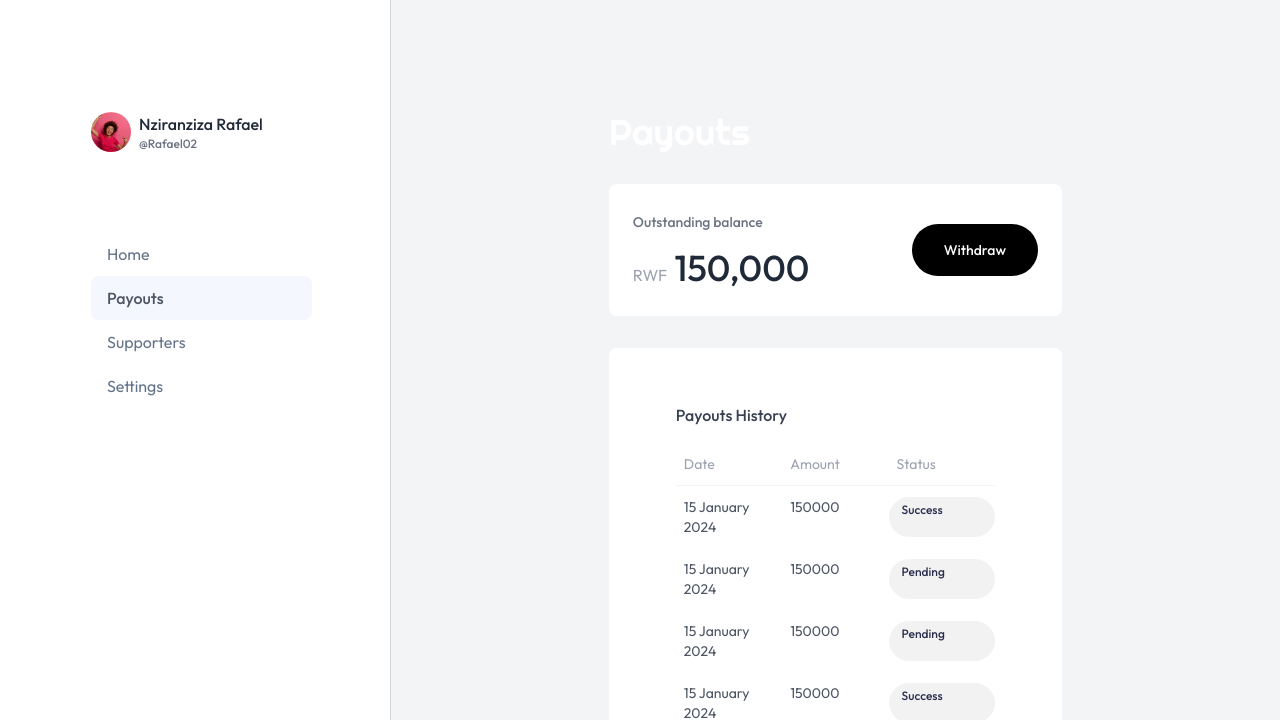
Repository: felixdusengimana/capstone-project-mirror
Page: /payouts (app in frontend/)
The author's editor kept a copy of each file at every save. The page is drawn from the files as they stood at one save, then again after the next save.
The browser window is 1280 px wide. The pictures show the whole page.
An inner scrolling area shows only its first screen. The project was rebuilt for these pictures with package versions that can differ from the ones it lists, and the page was loaded fresh each time. The framework's server and built-in components were replaced by stand-ins that run in the browser. Also part of the build but not shown: frontend/next.config.mjs, frontend/components/atoms/Icon.tsx.

Above is the page before, as saved 2024-03-11 16:59:13.

### frontend/app/layout.tsx
import type { Metadata } from "next";
import { Righteous, Outfit } from "next/font/google";
import "./globals.css";

const outfit = Outfit({ subsets: ["latin"], variable: "--font-outfit" });
const righteous = Righteous({
  subsets: ["latin"],
  variable: "--font-righteous",
  weight: "400",
});

export const metadata: Metadata = {
  title: "Pesatone - Search and gift your favorite creators",
  description:
    "A place where fans show gratitude to the African content creators they love!",
};

export default function RootLayout({
  children,
}: Readonly<{
  children: React.ReactNode;
}>) {
  return (
    <html lang="en">
      <body className={`${outfit.variable} ${righteous.variable} font-sans`}>
        {children}
      </body>
    </html>
  );
}

### frontend/app/(dashboard)/layout.tsx
import Sidebar from "@/components/organisms/Sidebar";
import { ReactNode } from "react";

export default function DashBoardLayout({ children }: { children: ReactNode }) {
  return (
    <div className="h-screen flex bg-white">
      <Sidebar />
      <div className="flex-grow bg-gray-100 overflow-auto pt-[112px]">
        {children}
      </div>
    </div>
  );
}

### frontend/app/(dashboard)/payouts/page.tsx
import Button from "@/components/atoms/Button";
import Headline from "@/components/atoms/Headline";
import Icon from "@/components/atoms/Icon";
import Pill from "@/components/atoms/Pill";
import React from "react";

export default function page() {
  const data = [
    {
      date: "15 January 2024",
      amount: 150000,
      status: "success",
    },
    {
      date: "15 January 2024",
      amount: 150000,
      status: "pending",
    },
    {
      date: "15 January 2024",
      amount: 150000,
      status: "pending",
    },
    {
      date: "15 January 2024",
      amount: 150000,
      status: "success",
    },
    {
      date: "15 January 2024",
      amount: 150000,
      status: "success",
    },
  ];
  return (
    <div className="min-h-full w-full px-[218px] text-black pb-10">
      <Headline className="text-gray-700 text-4xl">Payouts</Headline>

      <div className="w-full flex justify-between gap-10 items-center bg-white mt-8 px-6 py-7 rounded-lg">
        <div>
          <p className="text-gray-500 text-sm font-medium">
            Outstanding balance
          </p>
          <h3 className=" text-gray-800 font-medium text-4xl mt-4">
            <span className="font-normal text-base text-gray-400">RWF</span>{" "}
            150,000
          </h3>
        </div>
        <Button className="flex gap-0.5 items-center">
          <Icon name="cash-out" />
          <p className="font-medium text-sm text-white">Withdraw</p>
        </Button>
      </div>

      <div className="max-w-[900px] bg-white px-[67px] py-[55px] w-full rounded-lg mt-8">
        <p className="font-medium text-base text-gray-700 mb-4">
          Payouts History
        </p>
        <div className="grid grid-cols-3 border-b border-gray-100 py-[11px]">
          <p className="text-gray-400 text-sm font-normal pl-2">Date</p>
          <p className="text-gray-400 text-sm font-normal pl-2">Amount</p>
          <p className="text-gray-400 text-sm font-normal pl-2">Status</p>
        </div>
        {data.map((item, index) => (
          <div className="grid grid-cols-3 py-[11px]" key={index}>
            <p className="text-gray-600 font-normal text-sm pl-2">
              {item.date}
            </p>
            <p className="text-gray-600 font-normal text-sm pl-2">
              {item.amount}
            </p>
            <Pill
              variant={item.status == "success" ? "success" : "warning"}
              className="py-1 capitalize"
              bordered
            >
              {item.status}
            </Pill>
          </div>
        ))}
      </div>
    </div>
  );
}

### frontend/app/globals.css
@tailwind base;
@tailwind components;
@tailwind utilities;

:root {
  --bg: #141416;
  --bg-hover: #232326;
  --secondary-color: #17171A;
  --foreground-rgb: 0, 0, 0;
  --background-start-rgb: 214, 219, 220;
  --background-end-rgb: 255, 255, 255;
}

@media (prefers-color-scheme: dark) {
  :root {
    --foreground-rgb: 255, 255, 255;
    --background-start-rgb: 0, 0, 0;
    --background-end-rgb: 0, 0, 0;
  }
}

body {
  background: var(--bg);
  color: rgb(var(--foreground-rgb));
}

@layer utilities {
  .text-balance {
    text-wrap: balance;
  }
}

.page-padding {
  padding: 0 252px;
}

### frontend/components/organisms/Sidebar.tsx
"use client";
import { usePathname } from "next/navigation";
import { ComponentProps } from "react";
import Profile from "../molecules/Profile";
import Icon, { IconNames } from "../atoms/Icon";
import Link from "next/link";

interface SidebarProps extends ComponentProps<"div"> {}

export default function Sidebar({ className, ...props }: SidebarProps) {
  const pathname = usePathname();
  const links = [
    {
      label: "Home",
      icon: "dashboard",
      href: "/dashboard",
    },
    {
      label: "Payouts",
      icon: "payouts",
      href: "/payouts",
    },
    {
      label: "Supporters",
      icon: "flash",
      href: "/supporters",
    },
    {
      label: "Settings",
      icon: "settings",
      href: "/settings",
    },
  ] as { label: string; icon: IconNames; href: string }[];

  return (
    <div
      {...props}
      className={`w-[393px] pt-[112px] pl-[91px] pr-[78px] border-r border-gray-300 overflow-hidden ${className}`}
    >
      <Profile
        user={{
          name: "Nziranziza Rafael",
          photo: "/profiles/profile1.png",
          username: "Rafael02",
        }}
      />

      <div className="mt-20">
        {links.map((link) => (
          <Link
            key={link.href}
            href={link.href}
            className={`flex items-center gap-2 text-base py-2.5 px-4 rounded-lg ${
              pathname === link.href
                ? "bg-[#F5F7FF] text-gray-600 font-medium"
                : "text-[#64748A] font-normal"
            }`}
          >
            <Icon
              name={link.icon}
              fill={pathname === link.href ? "#4B5563" : "#6B7280"}
              stroke={pathname === link.href ? "#4B5563" : "#6B7280"}
            />
            <p>{link.label}</p>
          </Link>
        ))}
      </div>
    </div>
  );
}

### frontend/components/atoms/Button.tsx
import { ComponentProps } from "react";

interface ButtonProps extends ComponentProps<"button"> {
  variant?: "dark" | "white" | "blurred" | "secondary";
  size?: "sm" | "md" | "lg";
  bordered?: boolean;
}

export default function Button({ ...props }: ButtonProps) {
  const { variant = "dark", size = "md", bordered = false } = props;

  const variantClasses = {
    dark: "bg-black text-white",
    white: "bg-white text-black",
    secondary: "bg-secondary text-white",
    blurred: "bg-blurred text-white",
  };

  const sizeClasses = {
    sm: "px-2 py-1",
    md: "px-8 py-4",
    lg: "px-6 py-3",
  };

  const borderClasses = bordered ? "border border-black" : "";

  return (
    <button
      {...props}
      className={`text-xl font-normal rounded-full ${variantClasses[variant]} ${sizeClasses[size]} ${borderClasses} ${props.className}`}
    >
      {props.children}
    </button>
  );
}

### frontend/components/atoms/Headline.tsx
import { ComponentProps } from "react";

interface HeadlineProps extends ComponentProps<"h1"> {}

export default function Headline({ ...props }: HeadlineProps) {
  return (
    <div className={`font-mono text-white ${props.className}`}>
      {props.children}
    </div>
  );
}

### frontend/components/atoms/Pill.tsx
import { ComponentProps } from "react";

interface PillProps extends ComponentProps<"div"> {
  variant?: "primary" | "secondary" | "tertiary";
}
export default function Pill({ variant, ...rest }: PillProps) {
  return (
    <div
      {...rest}
      className={`px-3 py-1 rounded-full text-xs font-medium ${
        variant === "primary"
          ? "bg-[#F2F2F3] text-[#2A2F4E]"
          : variant === "secondary"
          ? "bg-[#2A2F4E] text-white"
          : "bg-[#F2F2F3] text-[#2A2F4E] border border-[#F2F2F3]"
      } ${rest.className}`}
    >
      {rest.children}
    </div>
  );
}

### frontend/components/molecules/Profile.tsx
import Avatar from "../atoms/Avatar";
import Icon from "../atoms/Icon";

interface ProfileProps {
  user: {
    name: string;
    username: string;
    photo: string;
  };
  verified?: boolean;
}
export default function Profile({ user, verified }: ProfileProps) {
  return (
    <div className="flex gap-2 items-start">
      <Avatar src={user.photo} alt={user.name} />
      <div className="font-medium">
        <h3 className="text-base text-gray-800">{user.name}</h3>
        <p className="text-xs text-gray-500">@{user.username}</p>
      </div>
      {verified && <Icon name="verified" />}
    </div>
  );
}

### frontend/components/atoms/Avatar.tsx
/* eslint-disable @next/next/no-img-element */
import { ComponentProps } from "react";
import Icon from "./Icon";

interface AvatarProps extends ComponentProps<"div"> {
  src: string;
  alt?: string;
  size?: "sm" | "md" | "lg" | "xl" | "2xl";
  circle?: boolean;
  bordered?: boolean;
  fallBackText?: string;
}
export default function Avatar({ ...props }: AvatarProps) {
  const {
    src,
    alt,
    size = "sm",
    circle = true,
    fallBackText,
    bordered,
    ...rest
  } = props;

  const sizeClasses = {
    sm: "w-10 h-10",
    md: "w-12 h-12",
    lg: "w-16 h-16",
    xl: "w-[150px] h-[150px]",
    "2xl": "w-[202px] h-[202px]",
  };

  return (
    <div
      {...rest}
      className={`${src ? "bg-transparent" : "bg-gray-100"} ${
        circle ? "rounded-full" : "rounded"
      } ${bordered ? "border-2 border-white" : ""} ${sizeClasses[size]} ${
        rest.className
      } flex items-center justify-center overflow-hidden`}
    >
      {src ? (
        <img
          src={src}
          alt={alt}
          className={`w-full ${sizeClasses[size]} object-cover`}
        />
      ) : fallBackText ? (
        fallBackText
      ) : (
        <Icon name="user" />
      )}
    </div>
  );
}

### frontend/tailwind.config.ts
import type { Config } from "tailwindcss";

const config: Config = {
  content: [
    "./pages/**/*.{js,ts,jsx,tsx,mdx}",
    "./components/**/*.{js,ts,jsx,tsx,mdx}",
    "./app/**/*.{js,ts,jsx,tsx,mdx}",
  ],
  theme: {
    extend: {
      // backgroundImage: {
      //   "gradient-radial": "radial-gradient(var(--tw-gradient-stops))",
      //   "gradient-conic":
      //     "conic-gradient(from 180deg at 50% 50%, var(--tw-gradient-stops))",
      // },
      fontFamily: {
        sans: ["var(--font-outfit)"],
        mono: ["var(--font-righteous)"],
      },
      colors: {
        secondary: "var(--secondary-color)",
      },
    },
  },
  plugins: [],
};
export default config;

After the next save:
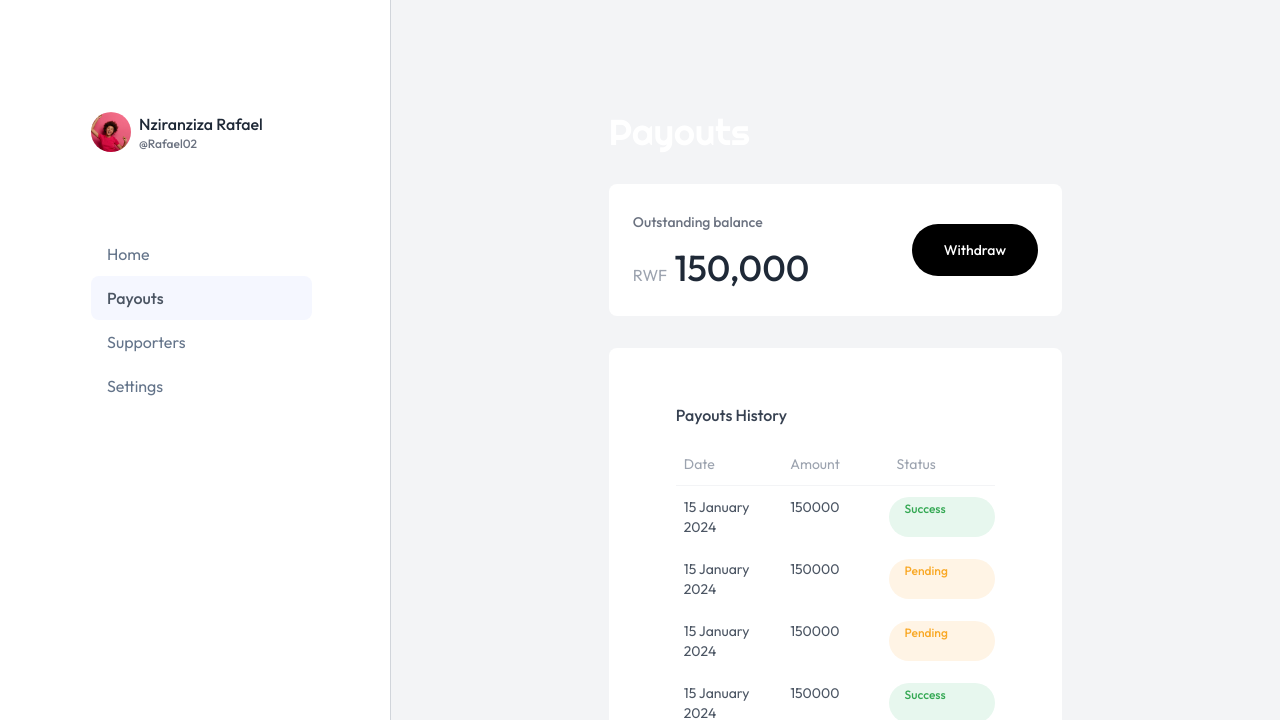
Saved 30 s later.
--- a/frontend/components/atoms/Pill.tsx
+++ b/frontend/components/atoms/Pill.tsx
@@ -1,18 +1,18 @@
 import { ComponentProps } from "react";
 
 interface PillProps extends ComponentProps<"div"> {
-  variant?: "primary" | "secondary" | "tertiary";
+  variant?: "success" | "warning" | "error";
 }
 export default function Pill({ variant, ...rest }: PillProps) {
   return (
     <div
       {...rest}
-      className={`px-3 py-1 rounded-full text-xs font-medium ${
-        variant === "primary"
-          ? "bg-[#F2F2F3] text-[#2A2F4E]"
-          : variant === "secondary"
-          ? "bg-[#2A2F4E] text-white"
-          : "bg-[#F2F2F3] text-[#2A2F4E] border border-[#F2F2F3]"
+      className={`px-4 py-1 rounded-full text-xs font-medium ${
+        variant === "success"
+          ? "bg-[#E7F7EE] text-[#34A853]"
+          : variant === "warning"
+          ? "bg-[#FFF4E5] text-[#F9A825]"
+          : "bg-[#FCE8E6] text-[#EA4335]"
       } ${rest.className}`}
     >
       {rest.children}
